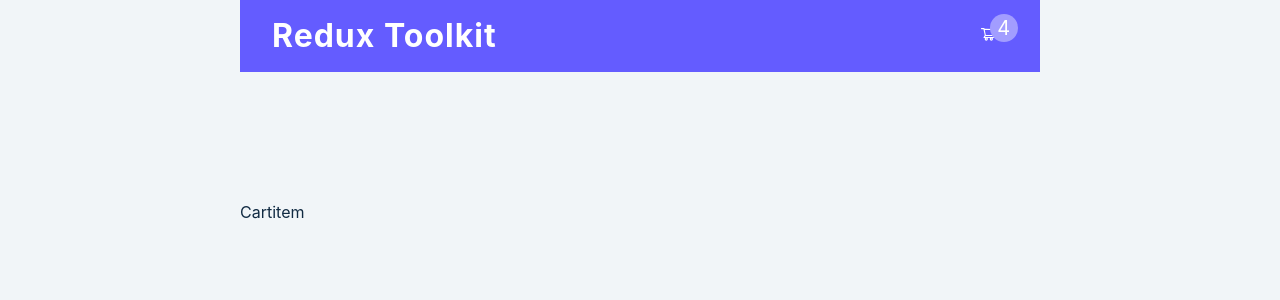
Repository: Nurlan-Bakenbaev/ReduxToolit
Page: /
An editor plug-in stored every save of this project. The page is shown before and after a run of saves, followed by the edit.
The browser window is 1280 px wide. The pictures show the whole page.
The project was rebuilt for these pictures with package versions that can differ from the ones it lists, and the page was loaded fresh each time.

Above is the page before, as saved 2023-11-08 16:40:36.

After the next 2 saves:
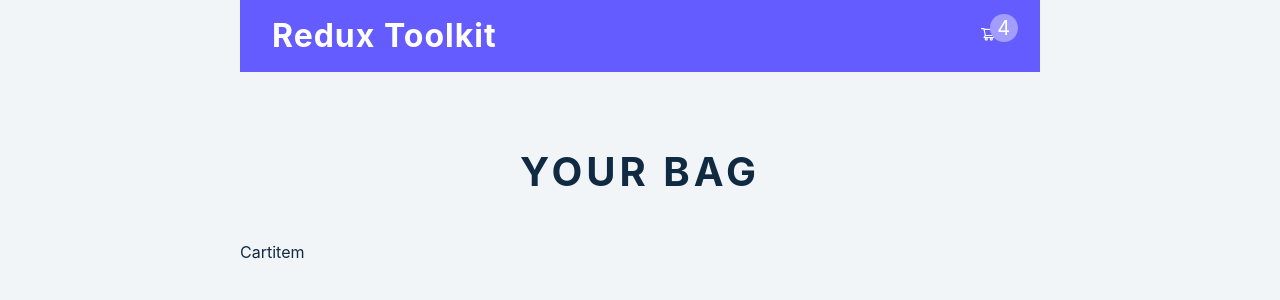
The 2 saves are shown as one change because they came seconds apart.
The last was saved 7 s later.
--- a/src/components/CartContainer.js
+++ b/src/components/CartContainer.js
@@ -16,7 +16,9 @@
   }
   return (
     <section className="cart">
-        <header><h2></h2></header>
+      <header>
+        <h2>Your bag</h2>
+      </header>
       <Cartitem />
     </section>
   );
